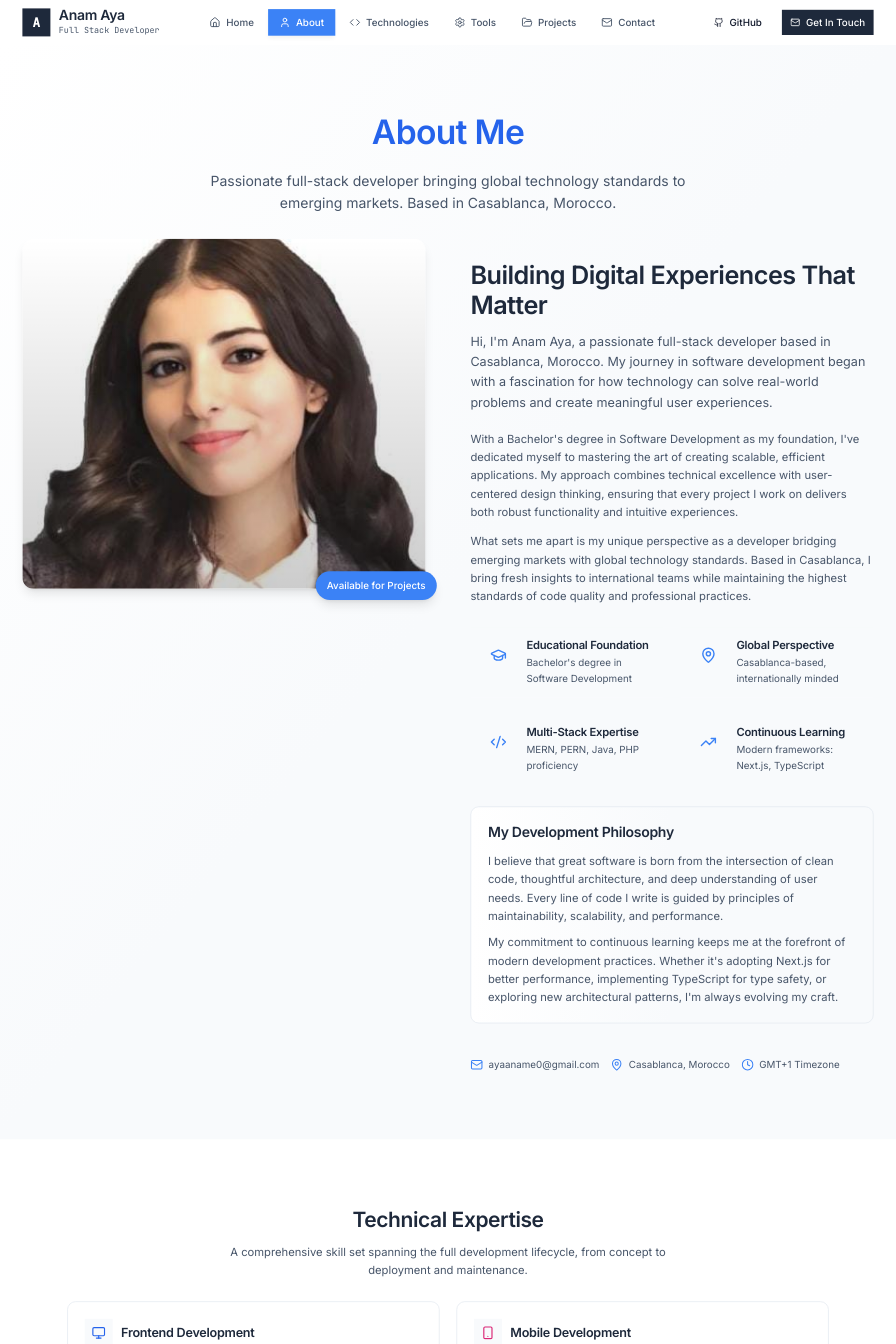
Repository: ayaaas/portflio_aya
Page: /about-me-personal-narrative
The author's editor kept a copy of each file at every save. The page is drawn from the files as they stood at one save, then again after the next save.
The browser window is 1280 px wide. The pictures show the part of the page from y = 0 to 1920 px (the page is 4280 px tall), at 70% of full size.
The project was rebuilt for these pictures with package versions that can differ from the ones it lists, and the page was loaded fresh each time. Also part of the build but not shown: vite.config.mjs, src/components/ErrorBoundary.jsx, src/pages/hero-section-developer-portfolio/components/ProfileImage.jsx, src/pages/hero-section-developer-portfolio/components/AnimatedText.jsx, src/pages/hero-section-developer-portfolio/components/HeroContent.jsx, src/pages/hero-section-developer-portfolio/components/BackgroundPattern.jsx, src/pages/hero-section-developer-portfolio/components/ScrollIndicator.jsx, src/pages/hero-section-developer-portfolio/index.jsx and 23 more.

Above is the page before, as saved 2025-07-20 01:12:28.

### index.html
<!doctype html>
<html lang="en">

<head>
  <meta charset="utf-8" />
  <title>anam-aya-portfolio</title>
  <meta name="viewport" content="width=device-width, initial-scale=1.0" />
  <meta name="theme-color" content="#000000" />
  <meta name="description" content="Web site created using create-react-app" />
  <link rel="icon" href="/favicon.ico" />
  <link rel="manifest" href="/manifest.json" />
<script type="module" src="https://static.rocket.new/rocket-web.js?_cfg=https%3A%2F%2Fanamayap2173back.builtwithrocket.new&_be=https%3A%2F%2Fapplication.rocket.new&_v=0.1.6"></script>
</head>

<body>
  <noscript>You need to enable JavaScript to run this app.</noscript>
  <div class="dhiwise-code" id="root"></div>
  <script type="module" src="/src/index.jsx"></script>
</body>

</html>

### src/Routes.jsx
import React from "react";
import { BrowserRouter, Routes as RouterRoutes, Route } from "react-router-dom";
import ScrollToTop from "components/ScrollToTop";
import ErrorBoundary from "components/ErrorBoundary";
// Add your imports here
import HeroSectionDeveloperPortfolio from "pages/hero-section-developer-portfolio";
import AboutMePersonalNarrative from "pages/about-me-personal-narrative";
import ToolsProfessionalWorkflowDisplay from "pages/tools-professional-workflow-display";
import ContactCommunicationPortal from "pages/contact-communication-portal";
import TechnologiesInteractiveStackShowcase from "pages/technologies-interactive-stack-showcase";
import ProjectsCuratedCaseStudies from "pages/projects-curated-case-studies";
import NotFound from "pages/NotFound";

const Routes = () => {
  return (
    <BrowserRouter>
      <ErrorBoundary>
      <ScrollToTop />
      <RouterRoutes>
        {/* Define your routes here */}
        <Route path="/" element={<HeroSectionDeveloperPortfolio />} />
        <Route path="/hero-section-developer-portfolio" element={<HeroSectionDeveloperPortfolio />} />
        <Route path="/about-me-personal-narrative" element={<AboutMePersonalNarrative />} />
        <Route path="/tools-professional-workflow-display" element={<ToolsProfessionalWorkflowDisplay />} />
        <Route path="/contact-communication-portal" element={<ContactCommunicationPortal />} />
        <Route path="/technologies-interactive-stack-showcase" element={<TechnologiesInteractiveStackShowcase />} />
        <Route path="/projects-curated-case-studies" element={<ProjectsCuratedCaseStudies />} />
        <Route path="*" element={<NotFound />} />
      </RouterRoutes>
      </ErrorBoundary>
    </BrowserRouter>
  );
};

export default Routes;

### src/pages/about-me-personal-narrative/index.jsx
import React, { useEffect, useRef } from 'react';
import { Helmet } from 'react-helmet';
import Header from '../../components/ui/Header';
import ProfileImage from './components/ProfileImage';
import PersonalStory from './components/PersonalStory';
import SkillsOverview from './components/SkillsOverview';
import PersonalValues from './components/PersonalValues';
import Icon from '../../components/AppIcon';
import Button from '../../components/ui/Button';

const AboutMePersonalNarrative = () => {
  const sectionsRef = useRef([]);

  useEffect(() => {
    const observerOptions = {
      threshold: 0.1,
      rootMargin: '0px 0px -50px 0px'
    };

    const observer = new IntersectionObserver((entries) => {
      entries.forEach((entry) => {
        if (entry.isIntersecting) {
          entry.target.classList.add('fade-in', 'visible');
        }
      });
    }, observerOptions);

    sectionsRef.current.forEach((section) => {
      if (section) {
        observer.observe(section);
      }
    });

    return () => {
      sectionsRef.current.forEach((section) => {
        if (section) {
          observer.unobserve(section);
        }
      });
    };
  }, []);

  const addToRefs = (el) => {
    if (el && !sectionsRef.current.includes(el)) {
      sectionsRef.current.push(el);
    }
  };

  return (
    <>
      <Helmet>
        <title>About Me - Anam Aya | Full Stack Developer Portfolio</title>
        <meta
          name="description"
          content="Learn about Anam Aya, a passionate full-stack developer from Casablanca, Morocco. Discover my journey, values, and expertise in modern web development technologies."
        />
        <meta name="keywords" content="Anam Aya, Full Stack Developer, Casablanca, Morocco, React, Node.js, Software Development, Web Developer" />
        <meta property="og:title" content="About Me - Anam Aya | Full Stack Developer" />
        <meta property="og:description" content="Passionate full-stack developer bringing global technology standards to emerging markets. Based in Casablanca, Morocco." />
        <meta property="og:type" content="website" />
        <link rel="canonical" href="/about-me-personal-narrative" />
      </Helmet>

      <div className="min-h-screen bg-background">
        <Header />

        <main className="pt-16">
          {/* Hero Section */}
          <section
            ref={addToRefs}
            className="fade-in py-16 lg:py-24 bg-gradient-to-br from-background via-surface to-muted"
          >
            <div className="max-w-7xl mx-auto px-6 lg:px-8">
              <div className="text-center mb-16">
                <h1 className="text-4xl md:text-5xl font-bold text-blue-600 mb-6">
                  About Me
                </h1>
                <p className="text-xl text-text-secondary max-w-3xl mx-auto leading-relaxed">
                  Passionate full-stack developer bringing global technology standards to emerging markets. Based in Casablanca, Morocco.
                </p>
              </div>
<div className="grid grid-cols-1 lg:grid-cols-2 gap-12 lg:gap-16 items-center">
  {/* Profile Image */}
  <div className="order-2 lg:order-1" style={{ marginTop: '-45rem' }}>
    <ProfileImage />
  </div>

  {/* Personal Story */}
  <div className="order-1 lg:order-2">
    <PersonalStory />
  </div>
</div>


            </div>
          </section>

          {/* Skills Overview Section */}
          <section
            ref={addToRefs}
            className="fade-in py-16 lg:py-24 bg-background"
          >
            <div className="max-w-6xl mx-auto px-6 lg:px-8">
              <SkillsOverview />
            </div>
          </section>

          {/* Personal Values Section */}
          <section
            ref={addToRefs}
            className="fade-in py-16 lg:py-24 bg-surface"
          >
            <div className="max-w-6xl mx-auto px-6 lg:px-8">
              <PersonalValues />
            </div>
          </section>

          {/* Call to Action Section */}
          <section
            ref={addToRefs}
            className="fade-in py-16 lg:py-24 bg-gradient-to-r from-primary/5 to-accent/5"
          >
            <div className="max-w-4xl mx-auto px-6 lg:px-8 text-center">
              <div className="space-y-8">
                <div className="space-y-4">
                  <h2 className="text-3xl lg:text-4xl font-bold text-blue-600">
                    Let's Build Something Amazing Together
                  </h2>
                  <p className="text-lg text-text-secondary max-w-2xl mx-auto">
                    Ready to bring your ideas to life? I'm always excited to work on new projects
                    and collaborate with teams that value quality and innovation.
                  </p>
                </div>

                <div className="flex flex-col sm:flex-row gap-4 justify-center">
                  <Button
                    variant="default"
                    size="lg"
                    iconName="Mail"
                    iconPosition="left"
                    onClick={() => window.location.href = 'mailto:ayaaname0@gmail.com'}
                    className="hover-lift"
                  >
                    Start a Conversation
                  </Button>

                  <Button
                    variant="outline"
                    size="lg"
                    iconName="FolderOpen"
                    iconPosition="left"
                    onClick={() => window.location.href = '/projects-curated-case-studies'}
                    className="hover-lift"
                  >
                    View My Work
                  </Button>
                </div>

                {/* Contact Info */}
                <div className="flex flex-col sm:flex-row gap-6 justify-center items-center pt-8 border-t border-border">
                  <div className="flex items-center space-x-2 text-text-secondary">
                    <Icon name="Mail" size={18} className="text-accent" />
                    <span className="text-sm">ayaaname0@gmail.com</span>
                  </div>
                  <div className="flex items-center space-x-2 text-text-secondary">
                    <Icon name="MapPin" size={18} className="text-accent" />
                    <span className="text-sm">Casablanca, Morocco</span>
                  </div>
                  <div className="flex items-center space-x-2 text-text-secondary">
                    <Icon name="Clock" size={18} className="text-accent" />
                    <span className="text-sm">GMT+1 Available</span>
                  </div>
                </div>
              </div>
            </div>
          </section>
        </main>
      </div>
    </>
  );
};

export default AboutMePersonalNarrative;

### src/pages/about-me-personal-narrative/components/ProfileImage.jsx
import React from 'react';
import Image from '../../../components/AppImage';

const ProfileImage = () => {
  return (
    <div className="relative">
      <div className="relative overflow-hidden rounded-2xl shadow-lg hover-lift">
        <Image
          src="public/assets/images/WhatsApp Image 2025-01-27 à 13.09.23_03e1ada6.jpg"
          alt="Anam Aya - Full Stack Developer in his development environment"
          className="w-full h-[500px] object-cover"
        />
        <div className="absolute inset-0 bg-gradient-to-t from-black/20 to-transparent"></div>
      </div>

      {/* Floating Badge */}
      <div className="absolute -bottom-4 -right-4 bg-accent text-accent-foreground px-4 py-2 rounded-full shadow-lg">
        <span className="text-sm font-medium">Available for Projects</span>
      </div>

      {/* Decorative Elements */}
      <div className="absolute -top-4 -left-4 w-8 h-8 bg-primary/10 rounded-full"></div>
      <div className="absolute top-8 -right-2 w-4 h-4 bg-accent/20 rounded-full"></div>
    </div>
  );
};

export default ProfileImage;

### src/pages/about-me-personal-narrative/components/SkillsOverview.jsx
import React from 'react';
import Icon from '../../../components/AppIcon';

const SkillsOverview = () => {
const skillCategories = [
  {
    category: 'Frontend Development',
    icon: 'Monitor',
    skills: ['React.js', 'Next.js', 'TypeScript', 'Tailwind CSS', 'HTML5/CSS3'],
    color: 'text-blue-600'
  },
  {
    category: 'Mobile Development',
    icon: 'Smartphone',
    skills: ['Flutter', 'Dart', 'Audioplayers'],
    color: 'text-pink-600'
  },
  {
    category: 'Backend Development',
    icon: 'Server',
    skills: ['Node.js', 'Express.js', 'PHP', 'Java', 'RESTful APIs'],
    color: 'text-green-600'
  },
  {
    category: 'Database & Tools',
    icon: 'Database',
    skills: ['MongoDB', 'SQFLite', 'PostgreSQL', 'MySQL'],
    color: 'text-purple-600'
  },
  {
    category: 'Development Practices',
    icon: 'Settings',
    skills: ['Agile/Scrum', 'Code Review', 'Performance Optimization'],
    color: 'text-orange-600'
  }
];



  return (
    <div className="space-y-8">
      <div className="text-center space-y-4">
        <h2 className="text-2xl lg:text-3xl font-bold text-primary">
          Technical Expertise
        </h2>
        <p className="text-text-secondary max-w-2xl mx-auto">
          A comprehensive skill set spanning the full development lifecycle,
          from concept to deployment and maintenance.
        </p>
      </div>

      <div className="grid grid-cols-1 md:grid-cols-2 gap-6">
        {skillCategories.map((category, index) => (
          <div
            key={index}
            className="bg-card rounded-xl p-6 border border-border hover:shadow-lg transition-all-300 hover-lift"
          >
            <div className="flex items-center space-x-3 mb-4">
              <div className="w-10 h-10 bg-surface rounded-lg flex items-center justify-center">
                <Icon name={category.icon} size={20} className={category.color} />
              </div>
              <h3 className="text-lg font-semibold text-primary">{category.category}</h3>
            </div>

            <div className="flex flex-wrap gap-2">
              {category.skills.map((skill, skillIndex) => (
                <span
                  key={skillIndex}
                  className="px-3 py-1 bg-muted text-text-secondary text-sm rounded-full hover:bg-accent/10 hover:text-accent transition-all-300"
                >
                  {skill}
                </span>
              ))}
            </div>
          </div>
        ))}
      </div>

      {/* Experience Timeline */}
      <div className="bg-gradient-to-r from-primary/5 to-accent/5 rounded-xl p-6 border border-primary/10">
        <h3 className="text-xl font-semibold text-primary mb-6 text-center">Development Journey</h3>

        <div className="space-y-4">
          <div className="flex items-start space-x-4">
            <div className="w-3 h-3 bg-accent rounded-full mt-2 flex-shrink-0"></div>
            <div>
              <h4 className="font-medium text-primary">Full-Stack Development Focus</h4>
              <p className="text-sm text-text-secondary">
                Specializing in modern web applications with React, Node.js, and cloud deployment
              </p>
            </div>
          </div>

          <div className="flex items-start space-x-4">
            <div className="w-3 h-3 bg-primary rounded-full mt-2 flex-shrink-0"></div>
            <div>
              <h4 className="font-medium text-primary">Academic Foundation</h4>
              <p className="text-sm text-text-secondary">
                Bachelor's degree in Software Development with focus on algorithms and system design
              </p>
            </div>
          </div>

          <div className="flex items-start space-x-4">
            <div className="w-3 h-3 bg-success rounded-full mt-2 flex-shrink-0"></div>
            <div>
              <h4 className="font-medium text-primary">Continuous Learning</h4>
              <p className="text-sm text-text-secondary">
                Staying current with Next.js, TypeScript, and modern development practices
              </p>
            </div>
          </div>
        </div>
      </div>
    </div>
  );
};

export default SkillsOverview;

### src/components/ui/Button.jsx
import React from 'react';
import { Slot } from "@radix-ui/react-slot";
import { cva } from "class-variance-authority";
import { cn } from "../../utils/cn";
import Icon from '../AppIcon';

const buttonVariants = cva(
    "inline-flex items-center justify-center whitespace-nowrap rounded-md text-sm font-medium ring-offset-background transition-colors focus-visible:outline-none focus-visible:ring-2 focus-visible:ring-ring focus-visible:ring-offset-2 disabled:pointer-events-none disabled:opacity-50",
    {
        variants: {
            variant: {
                default: "bg-primary text-primary-foreground hover:bg-primary/90",
                destructive: "bg-destructive text-destructive-foreground hover:bg-destructive/90",
                outline: "border border-input hover:bg-accent hover:text-accent-foreground",
                secondary: "bg-secondary text-secondary-foreground hover:bg-secondary/80",
                ghost: "hover:bg-accent hover:text-accent-foreground",
                link: "text-primary underline-offset-4 hover:underline",
                success: "bg-success text-success-foreground hover:bg-success/90",
                warning: "bg-warning text-warning-foreground hover:bg-warning/90",
                danger: "bg-error text-error-foreground hover:bg-error/90",
            },
            size: {
                default: "h-10 px-4 py-2",
                sm: "h-9 rounded-md px-3",
                lg: "h-11 rounded-md px-8",
                icon: "h-10 w-10",
                xs: "h-8 rounded-md px-2 text-xs",
                xl: "h-12 rounded-md px-10 text-base",
            },
        },
        defaultVariants: {
            variant: "default",
            size: "default",
        },
    }
);

const Button = React.forwardRef(({
    className,
    variant,
    size,
    asChild = false,
    children,
    loading = false,
    iconName = null,
    iconPosition = 'left',
    iconSize = null,
    fullWidth = false,
    disabled = false,
    ...props
}, ref) => {
    const Comp = asChild ? Slot : "button";

    // Icon size mapping based on button size
    const iconSizeMap = {
        xs: 12,
        sm: 14,
        default: 16,
        lg: 18,
        xl: 20,
        icon: 16,
    };

    const calculatedIconSize = iconSize || iconSizeMap[size] || 16;

    // Loading spinner
    const LoadingSpinner = () => (
        <svg className="animate-spin -ml-1 mr-2 h-4 w-4" fill="none" viewBox="0 0 24 24">
            <circle className="opacity-25" cx="12" cy="12" r="10" stroke="currentColor" strokeWidth="4" />
            <path className="opacity-75" fill="currentColor" d="M4 12a8 8 0 018-8V0C5.373 0 0 5.373 0 12h4zm2 5.291A7.962 7.962 0 014 12H0c0 3.042 1.135 5.824 3 7.938l3-2.647z" />
        </svg>
    );

    // Icon rendering
    const renderIcon = () => {
        if (!iconName) return null;

        return (
            <Icon
                name={iconName}
                size={calculatedIconSize}
                className={cn(
                    children && iconPosition === 'left' && "mr-2",
                    children && iconPosition === 'right' && "ml-2"
                )}
            />
        );
    };

    return (
        <Comp
            className={cn(
                buttonVariants({ variant, size, className }),
                fullWidth && "w-full"
            )}
            ref={ref}
            disabled={disabled || loading}
            {...props}
        >
            {loading && <LoadingSpinner />}
            {iconName && iconPosition === 'left' && renderIcon()}
            {children}
            {iconName && iconPosition === 'right' && renderIcon()}
        </Comp>
    );
});

Button.displayName = "Button";

export default Button;

Loaded but not shown: src/index.jsx (common file); src/App.jsx (common file); src/styles/tailwind.css (library); src/styles/index.css (common file); src/components/ScrollToTop.jsx (common file); src/components/AppIcon.jsx (common file); src/components/AppImage.jsx (common file); src/utils/cn.js (common file); tailwind.config.js (148 lines, source omitted); src/components/ui/Header.jsx (183 lines, source omitted); src/pages/about-me-personal-narrative/components/PersonalValues.jsx (120 lines, source omitted); src/pages/about-me-personal-narrative/components/PersonalStory.jsx (114 lines, source omitted)

After the next save:
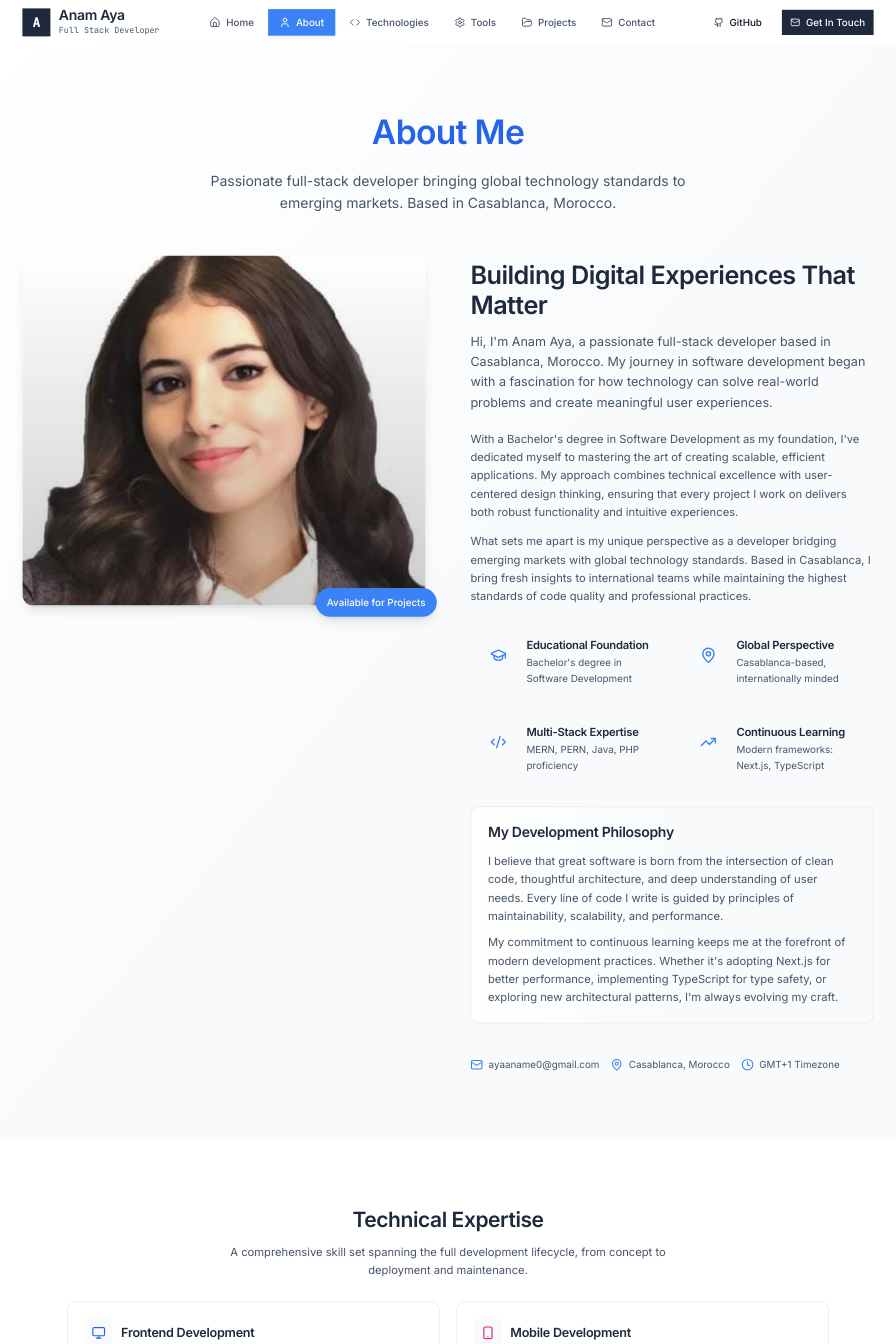
Saved 33 s later.
--- a/src/pages/about-me-personal-narrative/index.jsx
+++ b/src/pages/about-me-personal-narrative/index.jsx
@@ -81,7 +81,7 @@ const AboutMePersonalNarrative = () => {
               </div>
 <div className="grid grid-cols-1 lg:grid-cols-2 gap-12 lg:gap-16 items-center">
   {/* Profile Image */}
-  <div className="order-2 lg:order-1" style={{ marginTop: '-45rem' }}>
+  <div className="order-2 lg:order-1" style={{ marginTop: '-42rem' }}>
     <ProfileImage />
   </div>
 
@@ -90,6 +90,7 @@ const AboutMePersonalNarrative = () => {
     <PersonalStory />
   </div>
 </div>
+
 
 
             </div>
